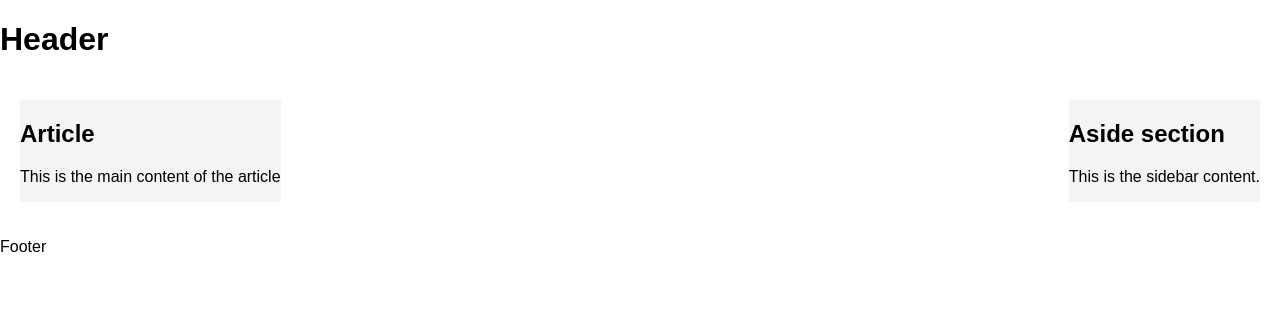
Repository: RishabhModi2899/Repo_Marlabs
Page: index.html
These files come from the project's save history. The page is drawn as it stood at one moment and after a run of saves; the edit follows.
The browser window is 1280 px wide. The pictures show the whole page.

Above is the page before, as saved 2024-07-31 11:31:40.

After the next 3 saves:
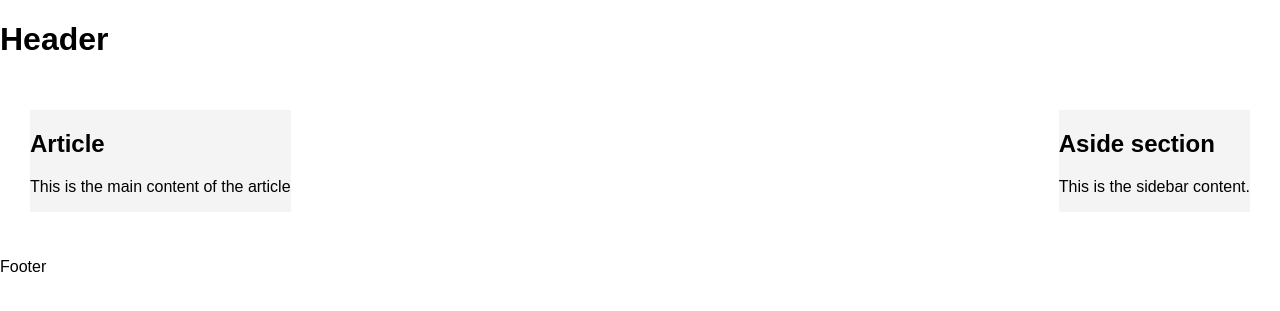
The 3 saves are shown as one change because they came seconds apart.
The last was saved 11 s later.
--- a/styles.css
+++ b/styles.css
@@ -14,5 +14,6 @@ body {
 
 article, aside {
     background-color: #f4f4f4;
-    margin
+    margin: 10px;
+    padding: 10;
 }
